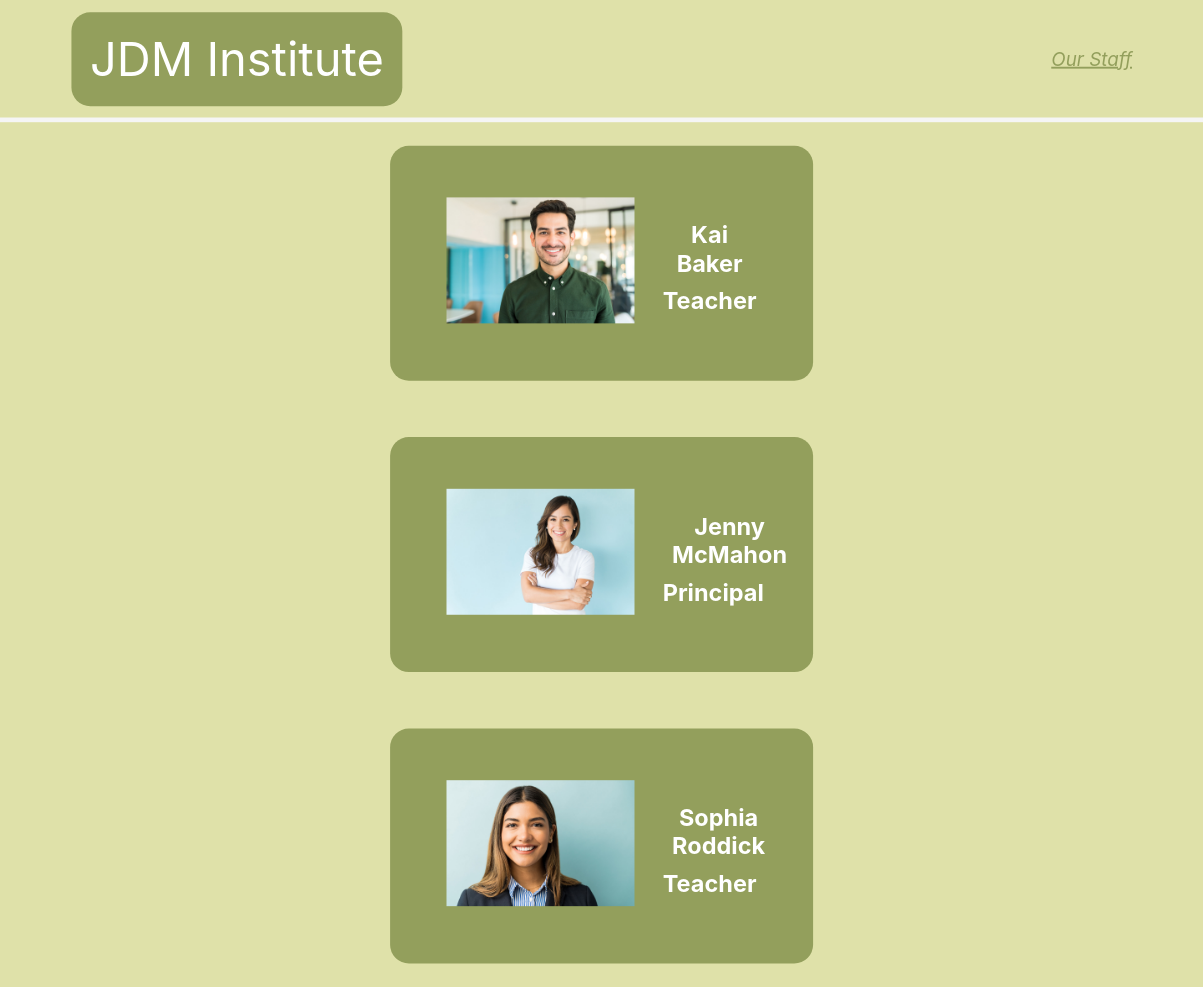
Repository: jennydmcm/class03practice
Page: /about
These files come from the project's save history. The page is drawn as it stood at one moment and after the next save; the edit follows.
The browser window is 1280 px wide. The pictures show the whole page, at 94% of full size.
The project was rebuilt for these pictures with package versions that can differ from the ones it lists, and the page was loaded fresh each time. The framework's server and built-in components were replaced by stand-ins that run in the browser. Also part of the build but not shown: next.config.js.

Above is the page before, as saved 2023-01-25 13:23:39.

After the next save:
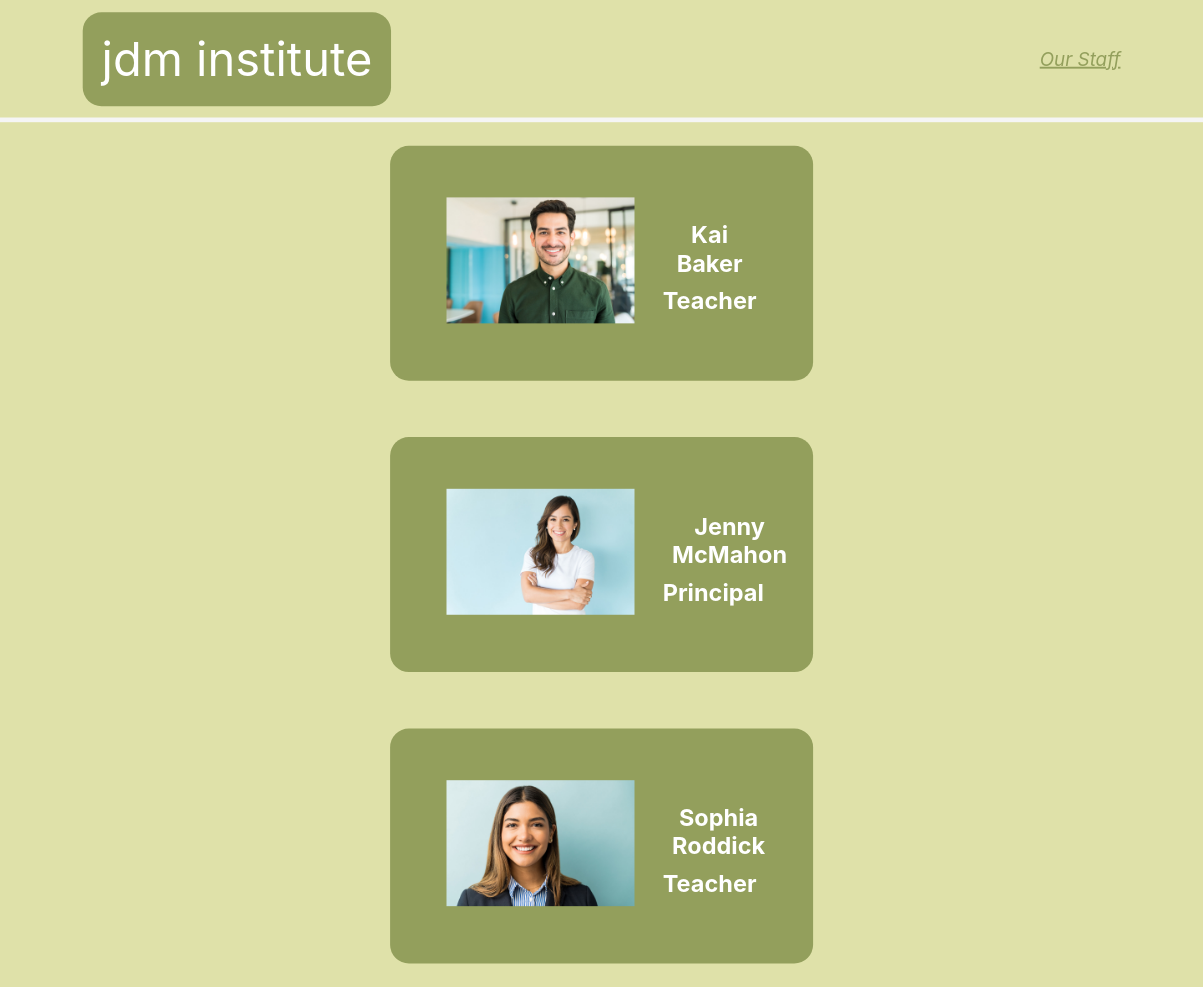
Saved 10 min 48 s later.
--- a/pages/about.js
+++ b/pages/about.js
@@ -20,7 +20,7 @@ export default function About() {
             </Head>
             <main className={styles.main}>
         <div className={styles.navbar}>
-          <div className={styles.navtitle}>JDM Institute</div>
+          <div className={styles.navtitle}>jdm institute</div>
           <div className={styles.navbutton}>
             <Link className={styles.link} href="about">Our Staff</Link>
           </div>
